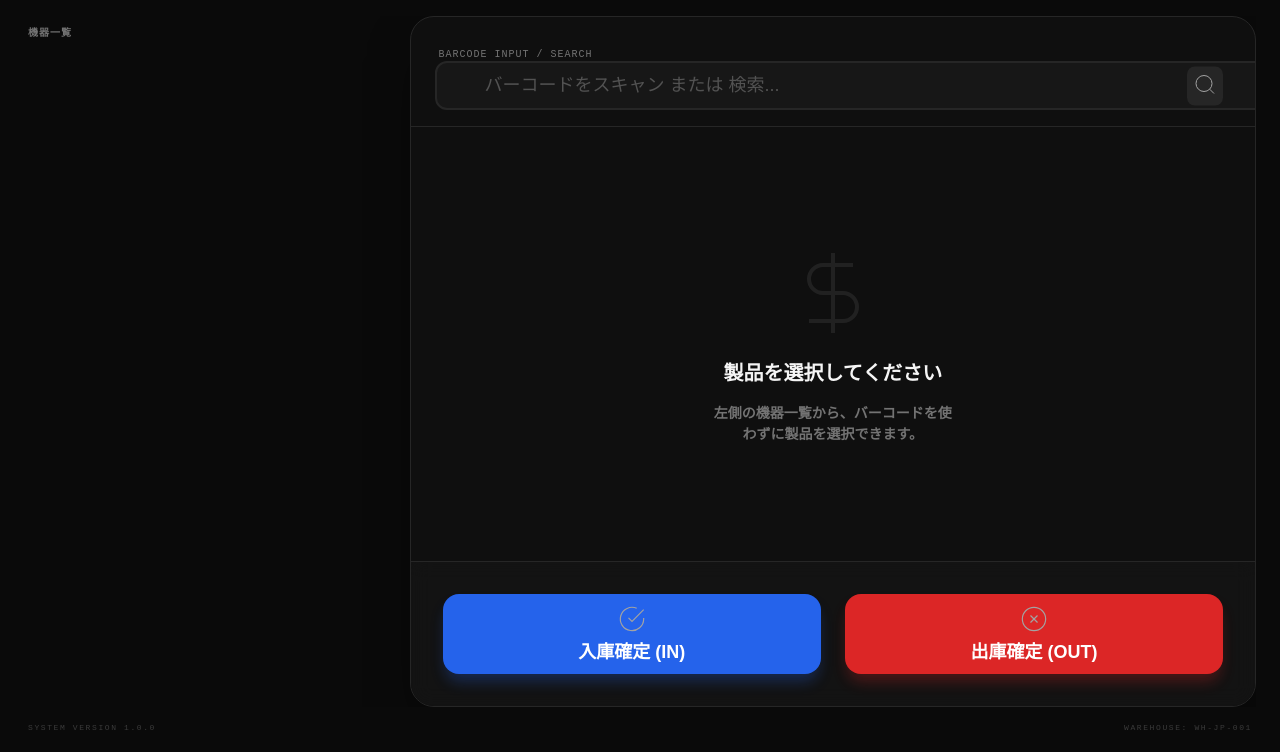
Repository: t-morika/Souko2_app
Page: index-list.html
These files come from the project's save history. The page is drawn as it stood at one moment and after the next save; the edit follows.
The browser window is 1280 px wide. The pictures show the whole page.
The page's requests for data from a server got no answer.

Above is the page before, as saved 2026-04-30 10:35:21.

After the next save:
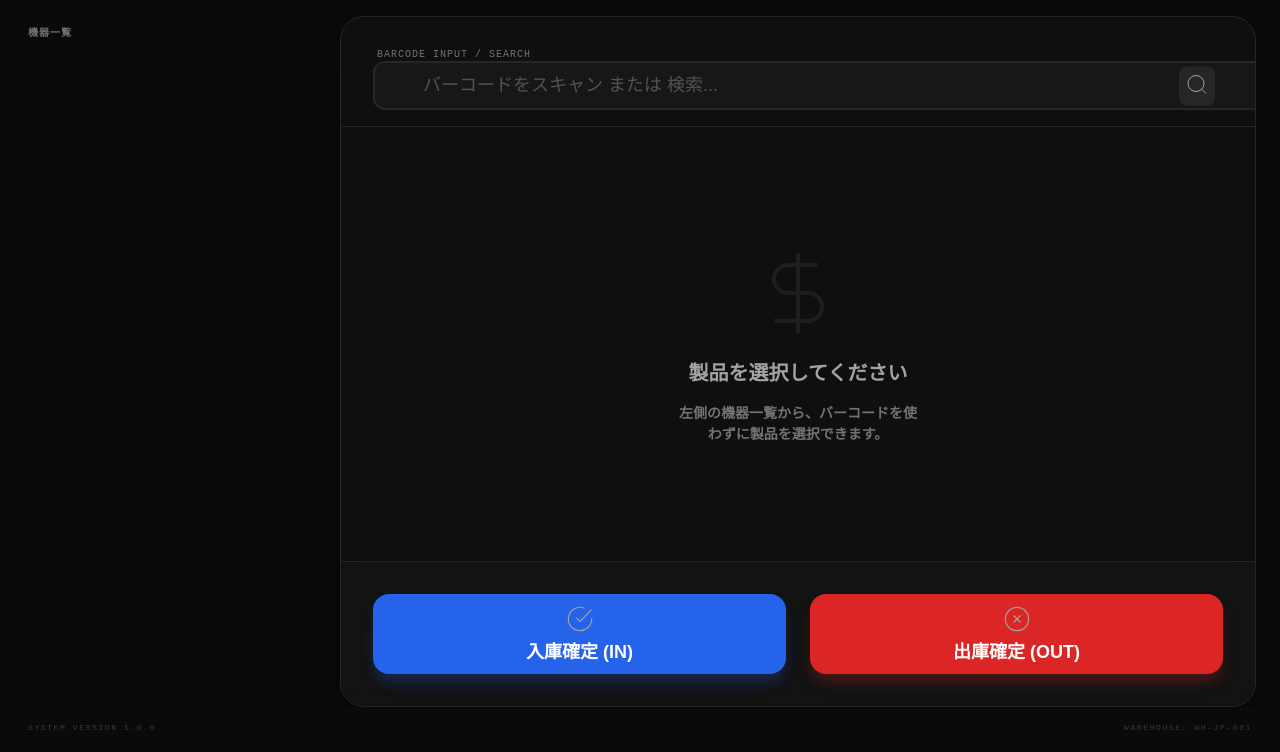
Saved 2 min 37 s later.
--- a/index-list.html
+++ b/index-list.html
@@ -5,7 +5,6 @@
     <meta name="viewport" content="width=device-width, initial-scale=1.0">
     <title>PC機器在庫管理 - 機器一覧版</title>
     <link rel="stylesheet" href="/static/style.css">
-    <link rel="stylesheet" href="/static/style-list.css">
 </head>
 <body>
     <div class="app">
